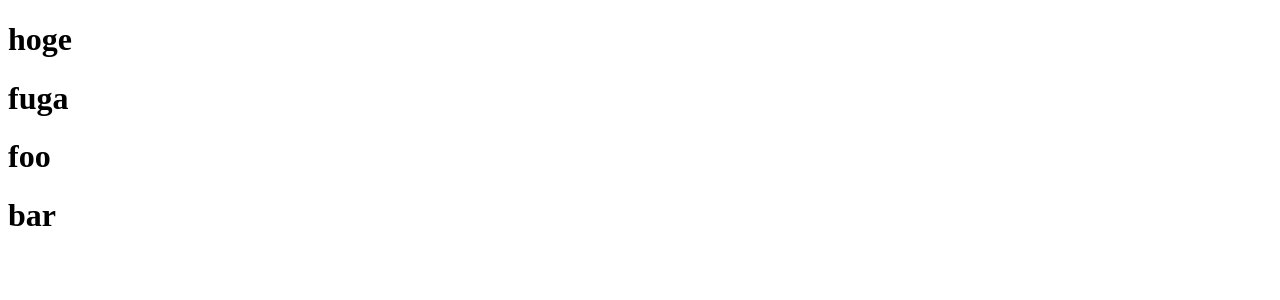
Repository: kazyakuma/Samurai_JS
Page: index.html
The author's editor kept a record of every edit. The page is drawn from the files as they stood at one moment, then again after the next edit.
The browser window is 1280 px wide. The pictures show the whole page.

Above is the page before.

After the next edit:
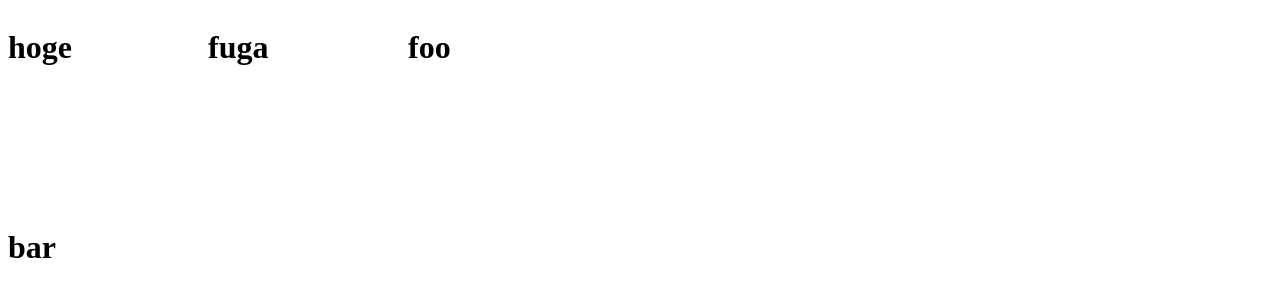
The edit:
--- a/index.html
+++ b/index.html
@@ -2,7 +2,11 @@
 <html lang="en">
 <head>
     <style>
-
+        #grid{
+            display: grid;
+            grid-template-columns: 200px 200px 200px;
+            grid-template-rows: 200px;
+        }
     </style>
     <meta charset="UTF-8">
     <title>Document</title>
